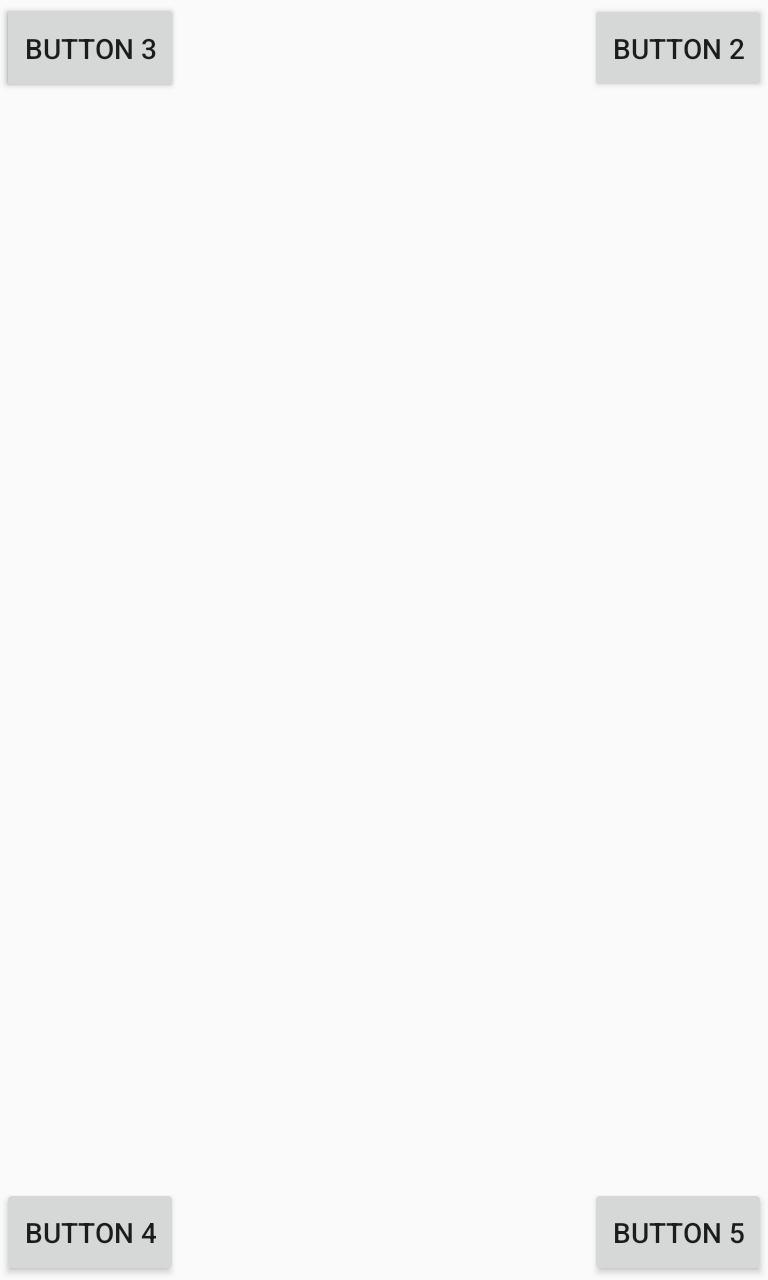
Repository: guyuzhilian/Programs
Layout: Android/UILayoutTest/res/layout/activity_main.xml
These files come from the project's save history. The layout is drawn as it stood at one moment and after the next save; the edit follows.
It is drawn on a 768 x 1280 px phone screen (xhdpi) without system bars, with theme AppTheme; the app's code is not run.

Above is the layout before, as saved 2015-06-25 08:36:25.

After the next save:
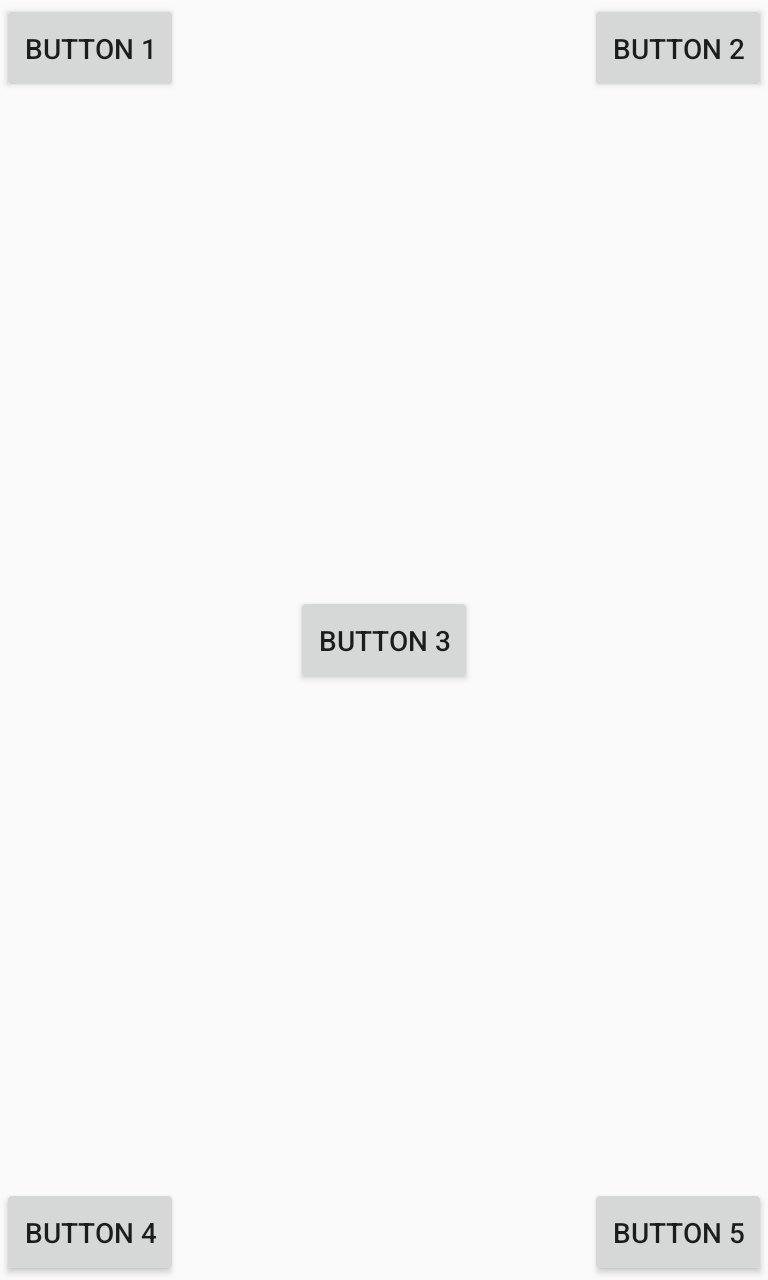
Saved 59 s later.
--- a/Android/UILayoutTest/res/layout/activity_main.xml
+++ b/Android/UILayoutTest/res/layout/activity_main.xml
@@ -22,7 +22,7 @@
 	    android:id="@+id/button3"
 	    android:layout_width="wrap_content"
 	    android:layout_height="wrap_content"
-	    android:layout_alignParentCenter="true"
+	    android:layout_centerInParent="true"
 	    android:text="Button 3" />
 
 	<Button
